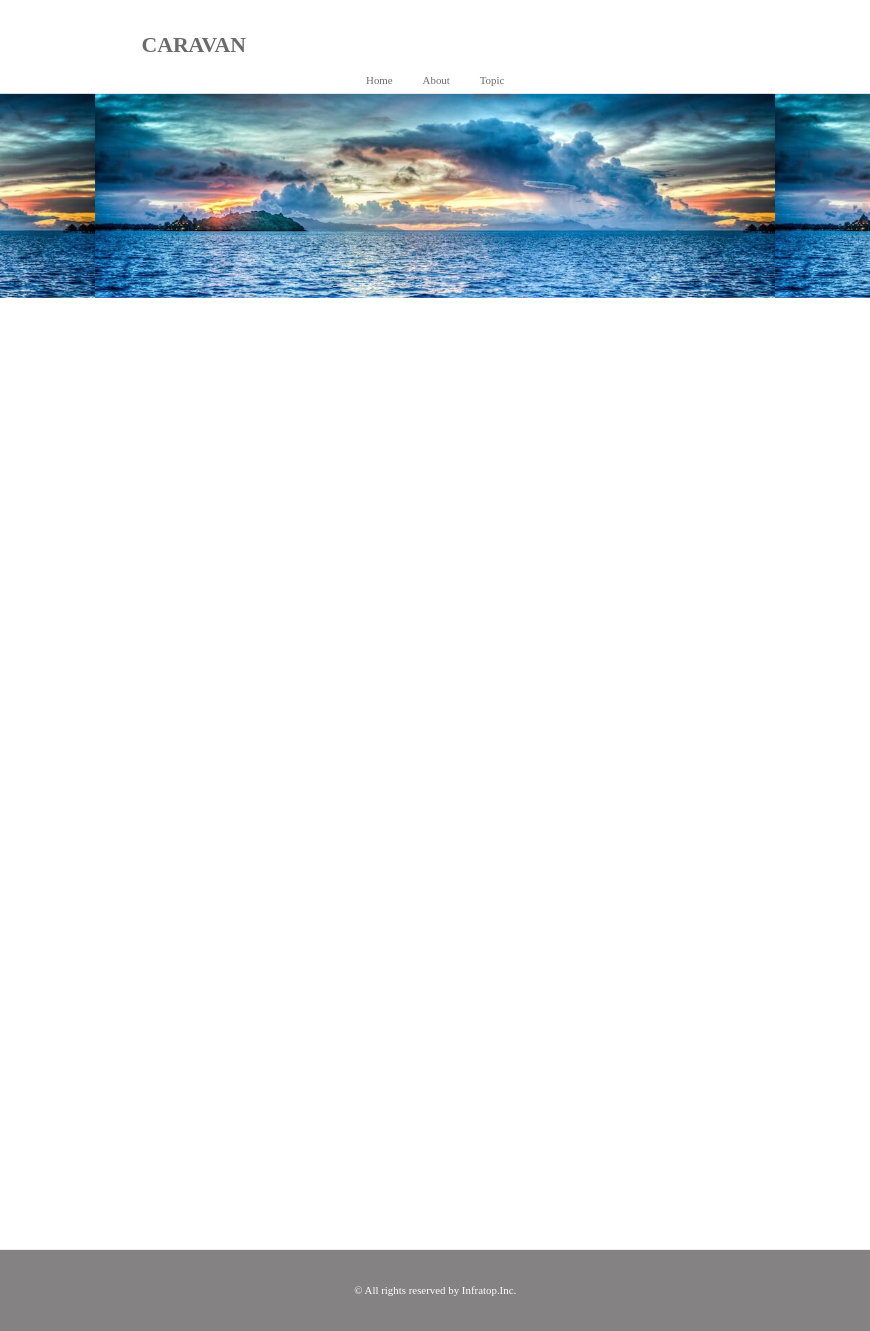
Repository: takanauti/task
Page: caravan/index.html
The author's editor kept a record of every edit. The page is drawn from the files as they stood at one moment, then again after the next edit.
The browser window is 1280 px wide. The pictures show the whole page, at 68% of full size.

Above is the page before.

### caravan/index.html
<!DOCTYPE html>
<html lang="ja">
  <head>
    <meta charset="UTF-8" />
    <!-- CSSファイルの読み込み -->
    <link rel="stylesheet" href="style.css" />
    <title>CARAVAN</title>
  </head>

  <body>
    <!--header-->
    <header>


　　 <h1 class="heading">
　　   <a href="index.html">
　　  CARAVAN
　　  </a>
　　 </h1>
    </header>

    <nav>
     <ul class="nav-list">
       <li class="nav-list-item">
         <a href="index.html">Home</a>
       </li>
       <li class="nav-list-item">About</li>
       <li class="nav-list-item">Topic</li>
     </ul>
    </nav>


        <!-- main-visual用のdiv -->
    <div class="main-visual">
    <div class="main-visual-content"></div>

    </div>

      <!-- main用のdiv -->
    <div class="main">
       <div class="blog"></div>
      <div class="sidebar"></div>
    </div>
    <!--footer-->
    <footer>
    <p class="footer-text">© All rights reserved by Infratop.Inc.</p>
    </footer>

    </body>
</html>

### caravan/style.css
/* ブラウザがそれぞれ持っているCSSをリセットするための記述 */
* {
  margin: 0;
  padding: 0;
  box-sizing: border-box;
  color: #6c6b6b;
}

a{
  text-decoration: none;
}

header {
  width: 90%; /* 横幅90% */
  padding: 15px 0;
  margin: 0 auto;
}

header .heading{
  font-size:32px;
}

.nav-list{
  text-align:center;
  padding:10px 0;
  margin:0 auto;
}

.nav-list-item{
  list-style:none;
  display:inline-block;
  margin:0 20px;
}

.main-visual {
  width: 100%; /* 横幅いっぱい */
  height: 300px; /* 高さ300px */
  background-image:url(img/mv.jpg);
  backgroung-size:cover;
  background-position: center;
}

.main-visual-content {
  width: 350px; /* 横幅350px */
  height: 300px; /* 親の高さに揃える */
}



.main {
  width: 840px; /* 横幅840px */
  display: flex; /* Flexboxの利用 */
  justify-content: center; /* 要素の横並び・中央寄せ */
  margin: 0 auto; /* 中央寄せ（左右に余白がないとできない） */
}


.blog {
  width: 600px; /* 横幅600px */
  height: 1400px; /* 高さ600px */
}

.sidebar {
  width: 240px; /* 横幅240px */
  height: 1400px; /* 高さ600px */
}

footer {
  width: 100%; /* 横幅いっぱい */
  height: 120px; /* 高さ120px */
  text-align: center;
  line-height: 120px;
  background-color: #848282
}

.footer-text{
  color:#fff;
}

After the next edit:
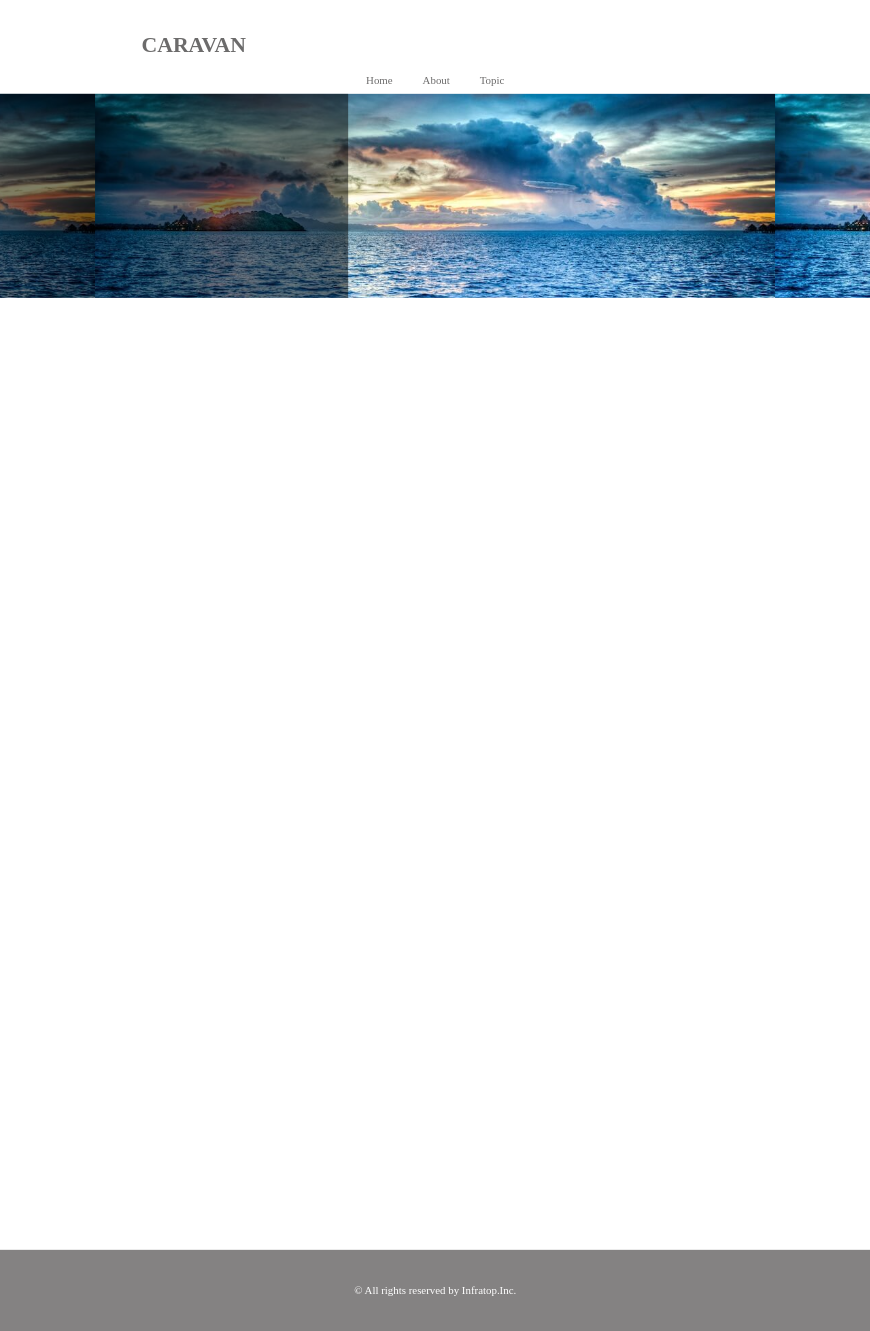
The edit:
--- a/caravan/style.css
+++ b/caravan/style.css
@@ -41,10 +41,16 @@
 }
 
 .main-visual-content {
-  width: 350px; /* 横幅350px */
-  height: 300px; /* 親の高さに揃える */
+  width: 40%;
+  height: 300px; /* 親の高さに揃える*/
+  background-color:rgba(0,0,0,0.5);
+  text-align: center;
+  padding-top: 105px;
 }
 
+.main-visual-text{
+  color: #fff;
+}
 
 
 .main {
